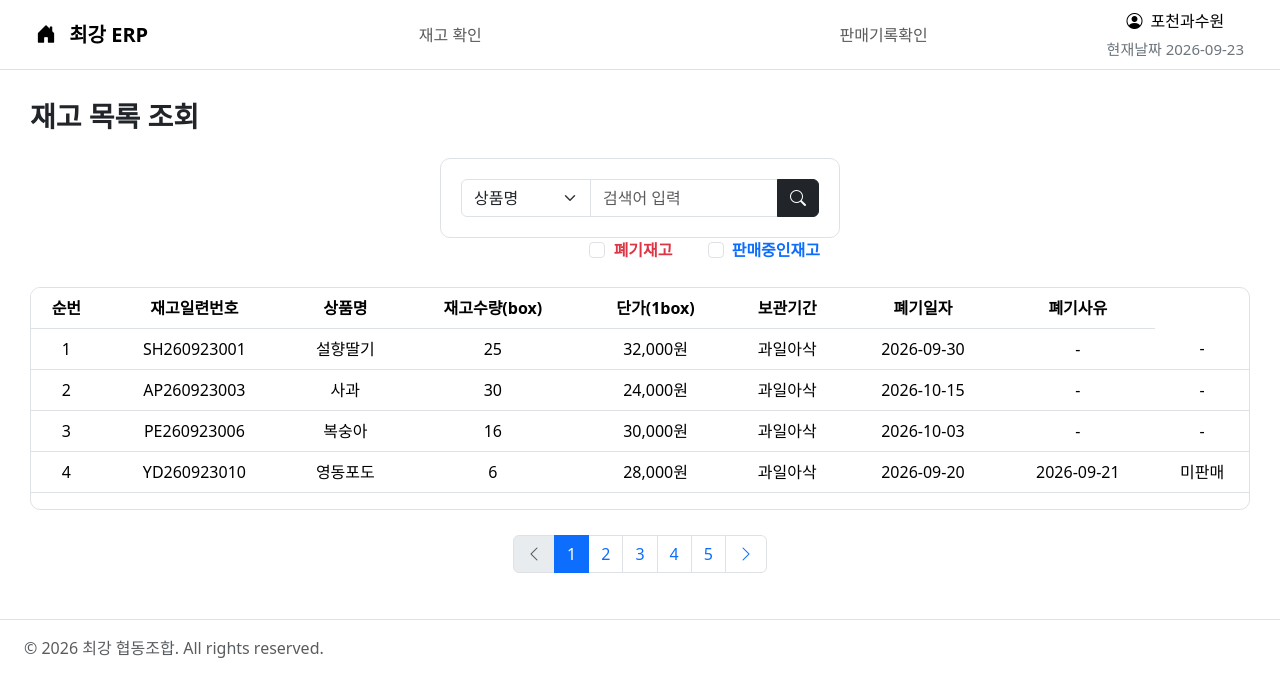
Repository: nojong99/kosta
Page: http://localhost/32_MVCModel2/view/memberInventoryList.jsp
The author's editor kept a copy of each file at every save. The page is drawn from the files as they stood at one save, then again after the next save.
The browser window is 1280 px wide. The pictures show the whole page.
The page is served by Tomcat 9.

Above is the page before, as saved 2026-09-23 07:32:33.

After the next save:
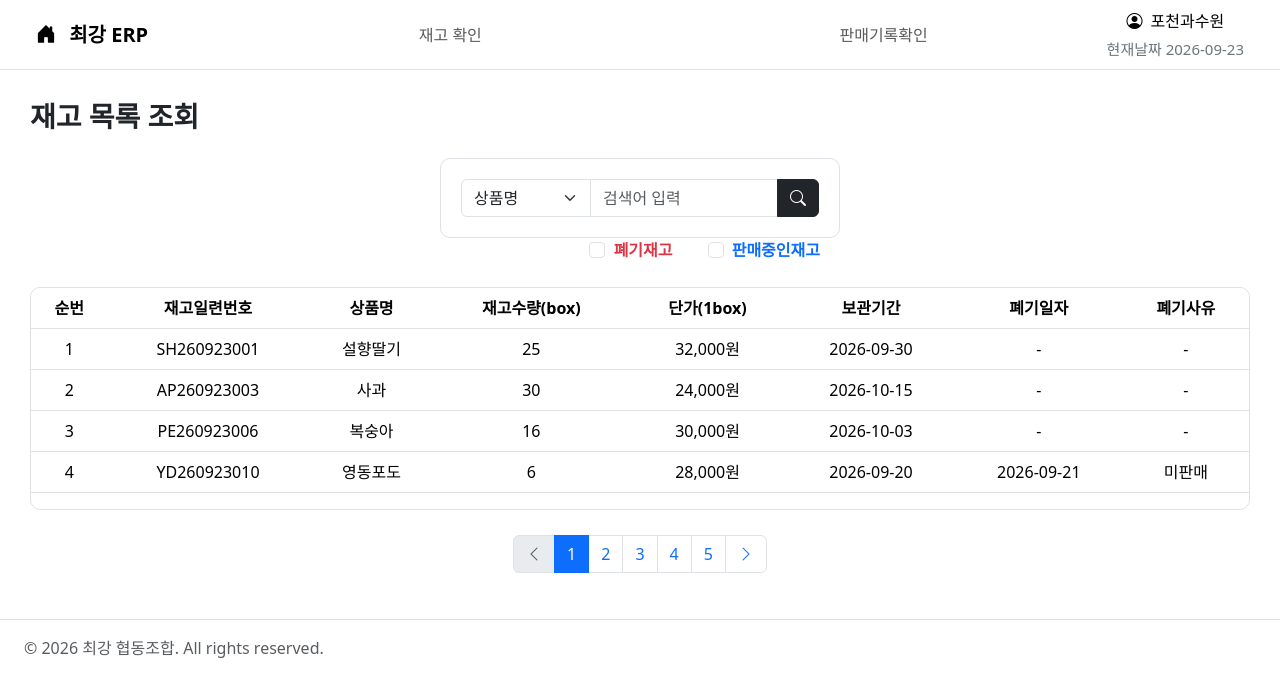
Saved 20 s later.
--- a/32_MVCModel2/src/main/webapp/view/memberInventoryList.jsp
+++ b/32_MVCModel2/src/main/webapp/view/memberInventoryList.jsp
@@ -101,7 +101,6 @@
 						<td>설향딸기</td>
 						<td>25</td>
 						<td>32,000원</td>
-						<td>과일아삭</td>
 						<td>2026-09-30</td>
 						<td>-</td>
 						<td>-</td>
@@ -114,7 +113,6 @@
 						<td>사과</td>
 						<td>30</td>
 						<td>24,000원</td>
-						<td>과일아삭</td>
 						<td>2026-10-15</td>
 						<td>-</td>
 						<td>-</td>
@@ -128,7 +126,6 @@
 						<td>복숭아</td>
 						<td>16</td>
 						<td>30,000원</td>
-						<td>과일아삭</td>
 						<td>2026-10-03</td>
 						<td>-</td>
 						<td>-</td>
@@ -140,7 +137,6 @@
 						<td>영동포도</td>
 						<td>6</td>
 						<td>28,000원</td>
-						<td>과일아삭</td>
 						<td>2026-09-20</td>
 						<td>2026-09-21</td>
 						<td>미판매</td>
